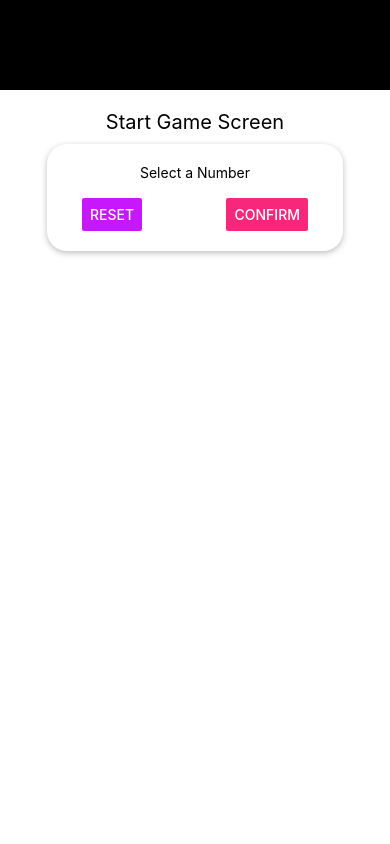
Repository: oguzhan18m/react-native-guess-number-game
Screen: /
An editor plug-in stored every save of this project. The screen is shown before and after the next save, followed by the edit.
The app was drawn by React Native's web renderer in a window 390 px wide. The project was rebuilt for these pictures with package versions that can differ from the ones it lists, and the page was loaded fresh each time.

Above is the screen before, as saved 2021-03-04 00:53:30.

After the next save:
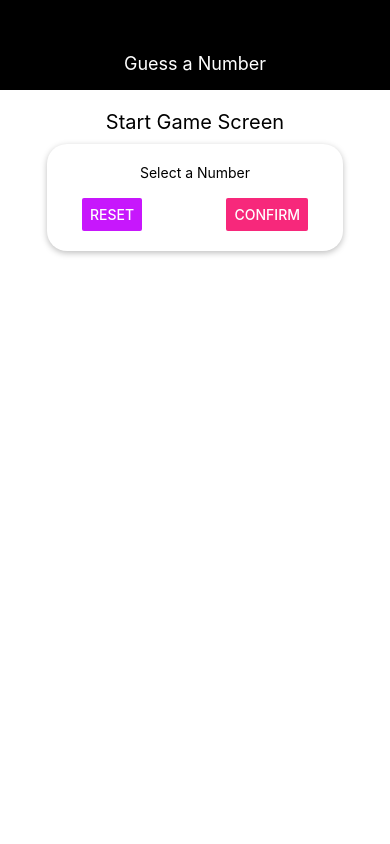
Saved 9 s later.
--- a/components/Header.js
+++ b/components/Header.js
@@ -21,7 +21,7 @@ const styles = StyleSheet.create({
         justifyContent:'center',
     },
     headerTitle:{
-        color:'black',
+        color:'white',
         fontSize:18,
     }
 });
